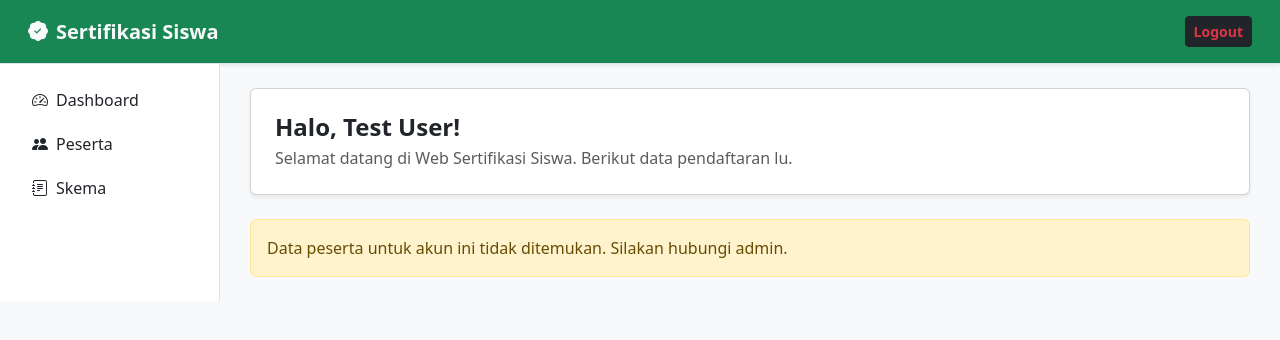
Repository: Zaki-Blip/USK_Project
Page: resources/views/user/dashboard.blade.php
The author's editor kept a copy of each file at every save. The page is drawn from the files as they stood at one save, then again after the next save.
The browser window is 1280 px wide. The pictures show the whole page.
The page is served by the project's Laravel application, run on PHP 8.4 with Laravel 12. A made-up administrator, Test User (test@example.com), is signed in. The template is opened directly, without the code that normally fills it, so the values that code supplies are empty.

Above is the page before, as saved 2026-10-13 14:12:58.

After the next save:
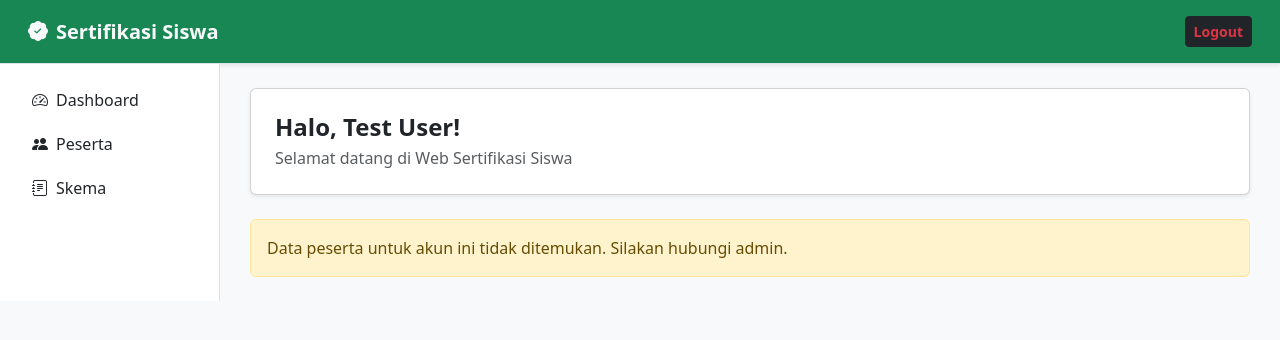
Saved 87 s later.
--- a/resources/views/user/dashboard.blade.php
+++ b/resources/views/user/dashboard.blade.php
@@ -6,7 +6,7 @@
     <div class="card shadow-sm p-4 mb-4">
         <h4 class="fw-bold mb-1">Halo, {{ auth()->user()->name }}!</h4>
         <p class="text-muted mb-0">
-            Selamat datang di Web Sertifikasi Siswa. Berikut data pendaftaran lu.
+            Selamat datang di Web Sertifikasi Siswa
         </p>
     </div>
 
